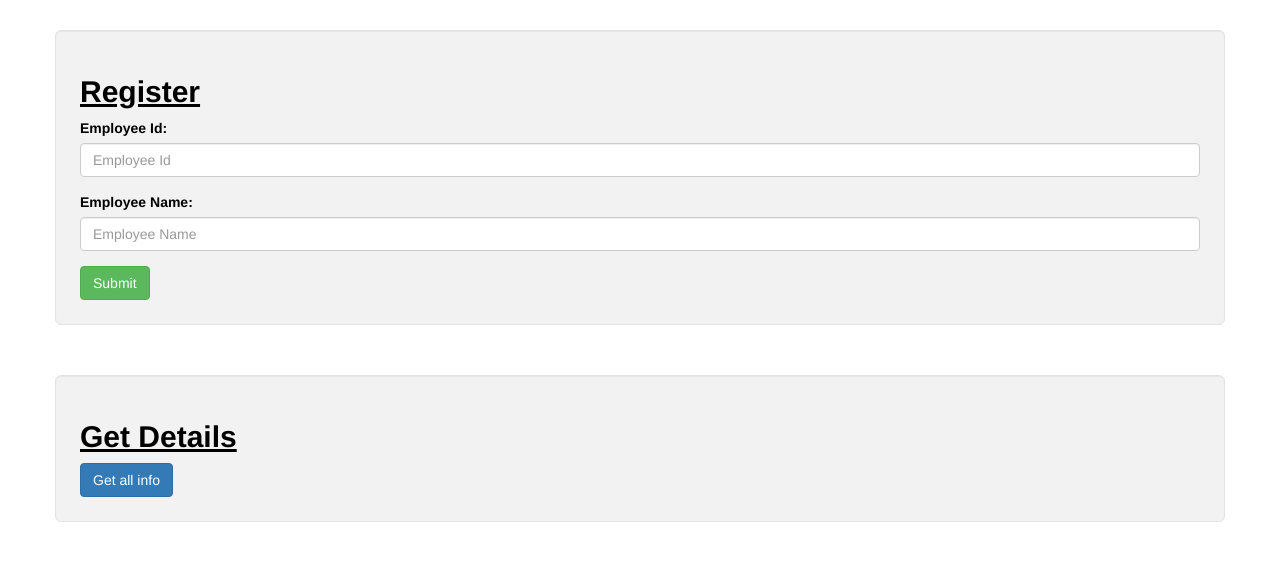
Repository: royakash07/FirstWebApplication
Page: http://localhost/SampleWebApplication/EmployeeProtal.jsp
The author's editor kept a copy of each file at every save. The page is drawn from the files as they stood at one save, then again after the next save.
The browser window is 1280 px wide. The pictures show the whole page.
Some web libraries are served in a nearby version. The page is served by Tomcat 9. Nobody is signed in. The application's start-up code is not run. Other server files are loaded and not shown.

Above is the page before, as saved 2017-11-30 05:20:14.

### SampleWebApplication/WebContent/EmployeeProtal.jsp
<%@ page language="java" contentType="text/html; charset=ISO-8859-1"
    pageEncoding="ISO-8859-1"%>
<!DOCTYPE html PUBLIC "-//W3C//DTD HTML 4.01 Transitional//EN" "http://www.w3.org/TR/html4/loose.dtd">
<html>
<head>
<meta http-equiv="Content-Type" content="text/html; charset=ISO-8859-1">
<title>Portal</title>
  <meta charset="utf-8">
  <meta name="viewport" content="width=device-width, initial-scale=1">
  <link rel="stylesheet" href="https://maxcdn.bootstrapcdn.com/bootstrap/3.3.7/css/bootstrap.min.css">
  <script src="https://ajax.googleapis.com/ajax/libs/jquery/3.2.1/jquery.min.js"></script>
  <script src="https://maxcdn.bootstrapcdn.com/bootstrap/3.3.7/js/bootstrap.min.js"></script>
<style>
.well
{
color:black;
background-color:#F2F2F2;
}

</style>
</head>
<body>
<div style="padding: 30px">
<div class="container well well-lg" >
<h2><strong><u>Register</u></strong></h2>
<form action="Submit" method="post">
<div class="form-group">
  <label for="EmployeeId">Employee Id:</label>
  <input type="text" class="form-control" name="EmployeeId" placeholder="Employee Id" >
  </div>
  <div class="form-group">
  <label for="Name">Employee Name:</label>
  <input type="text" class="form-control" name="Name" placeholder="Employee Name">
  </div>
  <input type="submit"class="btn btn-success" value="Submit">
</form>
</div>
</div>
<div class="container well well-lg">
<h2><strong><u>Get Details</u></strong></h2>
<div>
<button type="button" class="btn btn-primary" value="getAllDetails">Get all info</button>
</div>

</div>
</body>
</html>

After the next save:
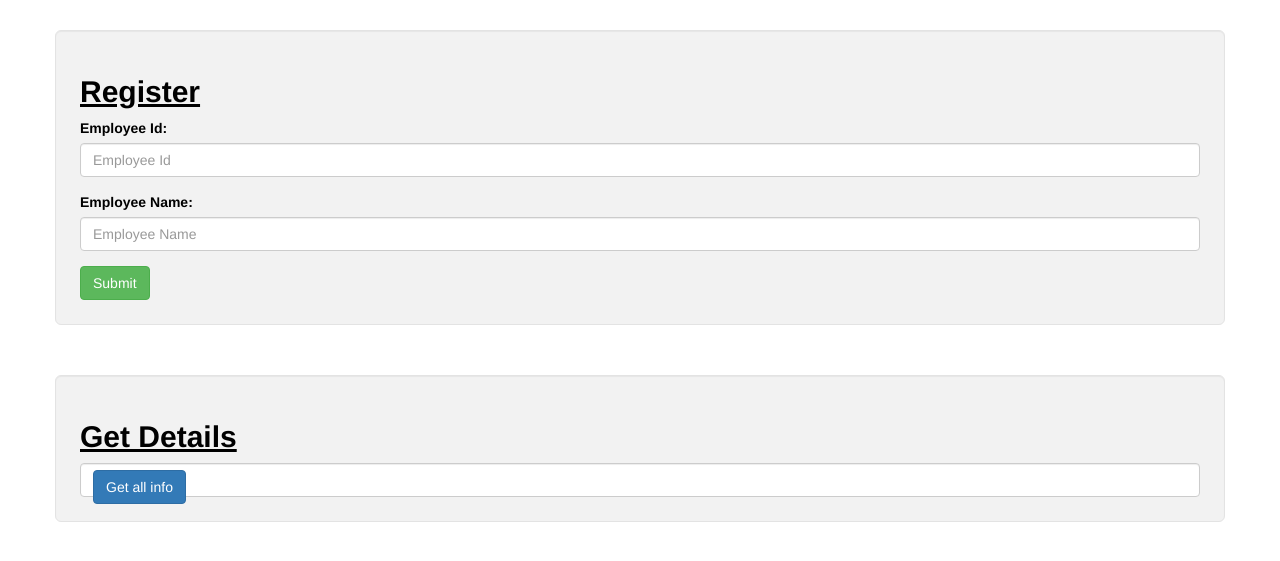
Saved 24 s later.
--- a/SampleWebApplication/WebContent/EmployeeProtal.jsp
+++ b/SampleWebApplication/WebContent/EmployeeProtal.jsp
@@ -38,7 +38,7 @@ background-color:#F2F2F2;
 </div>
 <div class="container well well-lg">
 <h2><strong><u>Get Details</u></strong></h2>
-<div>
+<div class="form-control">
 <button type="button" class="btn btn-primary" value="getAllDetails">Get all info</button>
 </div>
 
